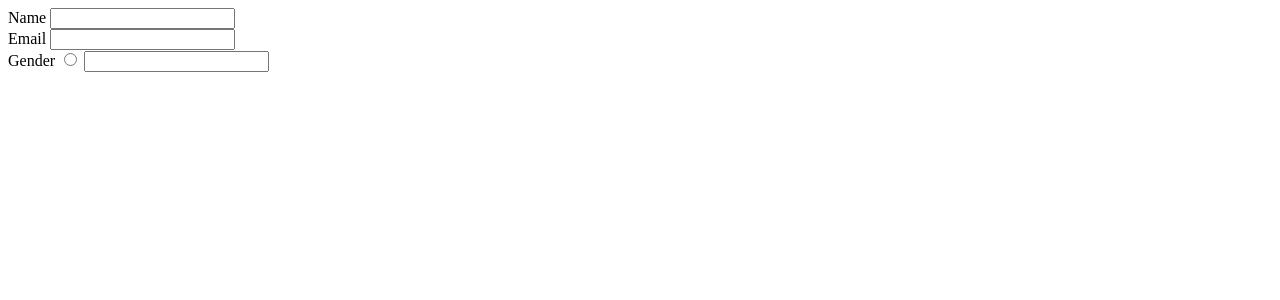
Repository: Lehuyhuynh/HTML
Page: HTML/Th1.html
These files come from the project's save history. The page is drawn as it stood at one moment and after the next save; the edit follows.
The browser window is 1280 px wide. The pictures show the whole page.

Above is the page before, as saved 2023-08-03 19:53:10.

After the next save:
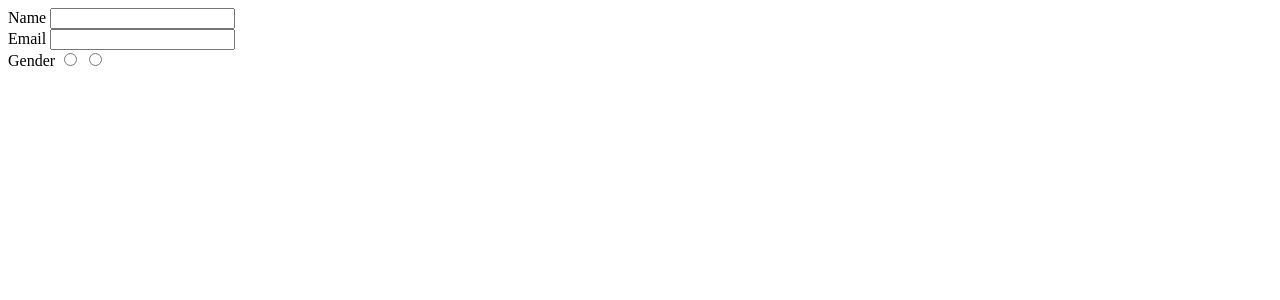
Saved 4 s later.
--- a/HTML/Th1.html
+++ b/HTML/Th1.html
@@ -17,7 +17,7 @@
   <div>
     <label for="gender">Gender</label>
     <input type="radio" id="radio">
-    <input type="g" id="radio">
+    <input type="radio" id="radio">
   </div>
 </body>
 </html>
